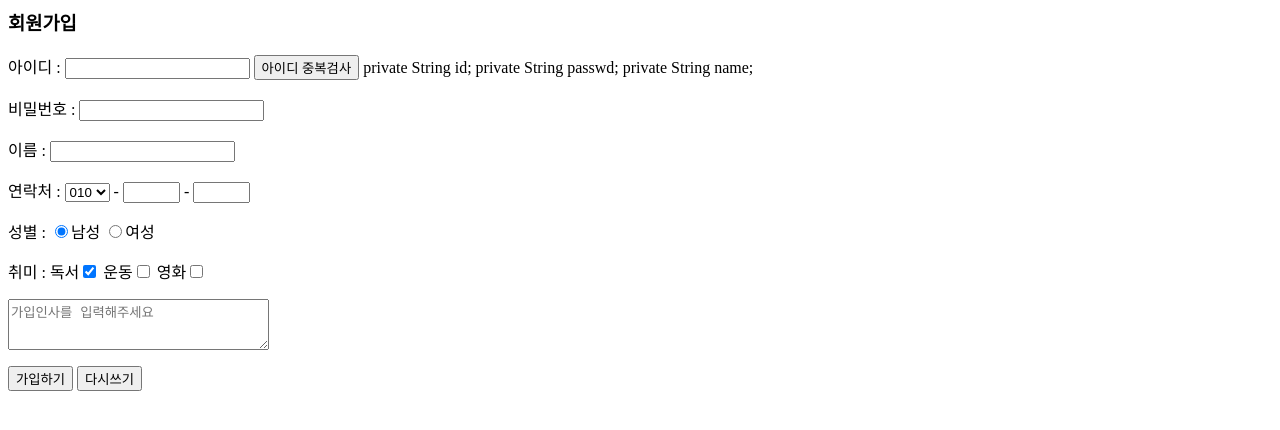
Repository: jwsimhj97/jwork_n
Page: http://localhost/JSP/03-10/08_05_02_form04.jsp
An editor plug-in stored every save of this project. The page is shown before and after the next save, followed by the edit.
The browser window is 1280 px wide. The pictures show the whole page.
The page is served by Tomcat 9. Other server files are loaded and not shown.

Above is the page before, as saved 2022-03-10 08:50:10.

### JSP/WebContent/03-10/08_05_02_form04.jsp
<%@ page contentType="text/html; charset=utf-8"%>
<html>
<head>
<title>Form Processing</title>
</head>
<body>
	<h3>회원가입</h3>
	<form action="08_05_02_form04_process.jsp" name="member" method="post">
		<p>	아이디 : <input type="text" name="id"> <input type="button"	value="아이디 중복검사">
		private String id;
		private String passwd;
		private String name;
		<p>	비밀번호 : <input type="password" name="passwd">
		<p>	이름 : <input type="text" name="name">
		<p>	연락처 : <select name="phone1">
				<option value="010" selected>010</option>
				<option value="011">011</option>
				<option value="016">016</option>
				<option value="017">017</option>
				<option value="019">019</option>
			</select> - <input type="text" maxlength="4" size="4" name="phone2"> -
			<input type="text" maxlength="4" size="4" name="phone3">
		<p>	성별 : <input type="radio" name="sex" value="남성" checked>남성
				<input	type="radio" name="sex" value="여성">여성
		<p>	취미 : 독서<input type="checkbox" name="hobby1" checked>
				운동<input type="checkbox" name="hobby2" >
				영화<input type="checkbox" name="hobby3">
		<p>	<textarea name="comment" cols="30" rows="3"	placeholder="가입인사를 입력해주세요"></textarea>
		<p>	<input type="submit" value="가입하기">
			<input type="reset" value="다시쓰기">
	</form>
</body>
<html>

After the next save:
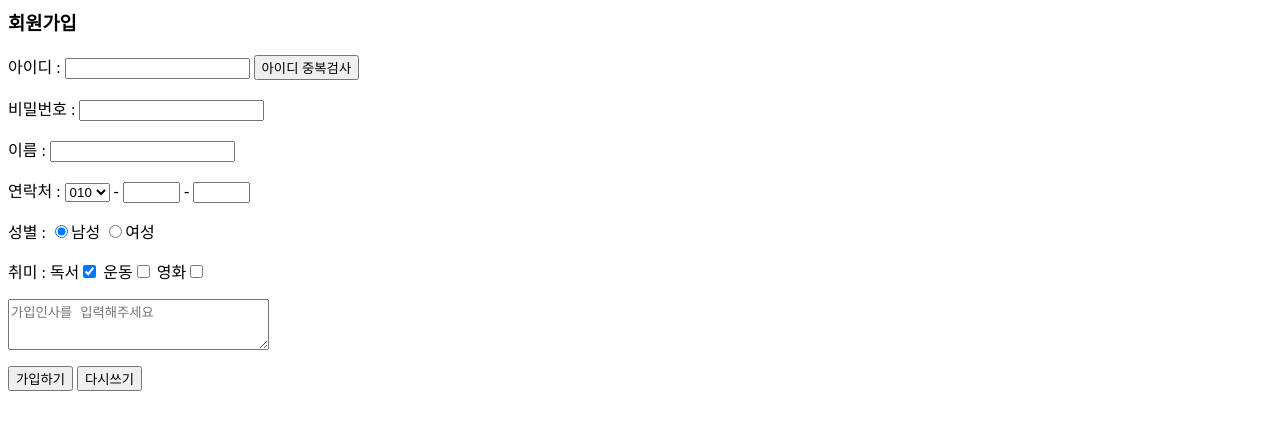
Saved 16 min 51 s later.
--- a/JSP/WebContent/03-10/08_05_02_form04.jsp
+++ b/JSP/WebContent/03-10/08_05_02_form04.jsp
@@ -7,9 +7,6 @@
 	<h3>회원가입</h3>
 	<form action="08_05_02_form04_process.jsp" name="member" method="post">
 		<p>	아이디 : <input type="text" name="id"> <input type="button"	value="아이디 중복검사">
-		private String id;
-		private String passwd;
-		private String name;
 		<p>	비밀번호 : <input type="password" name="passwd">
 		<p>	이름 : <input type="text" name="name">
 		<p>	연락처 : <select name="phone1">
@@ -22,9 +19,9 @@
 			<input type="text" maxlength="4" size="4" name="phone3">
 		<p>	성별 : <input type="radio" name="sex" value="남성" checked>남성
 				<input	type="radio" name="sex" value="여성">여성
-		<p>	취미 : 독서<input type="checkbox" name="hobby1" checked>
-				운동<input type="checkbox" name="hobby2" >
-				영화<input type="checkbox" name="hobby3">
+		<p>	취미 : 독서<input type="checkbox" name="hobby" checked>
+				운동<input type="checkbox" name="hobby" >
+				영화<input type="checkbox" name="hobb3">
 		<p>	<textarea name="comment" cols="30" rows="3"	placeholder="가입인사를 입력해주세요"></textarea>
 		<p>	<input type="submit" value="가입하기">
 			<input type="reset" value="다시쓰기">
